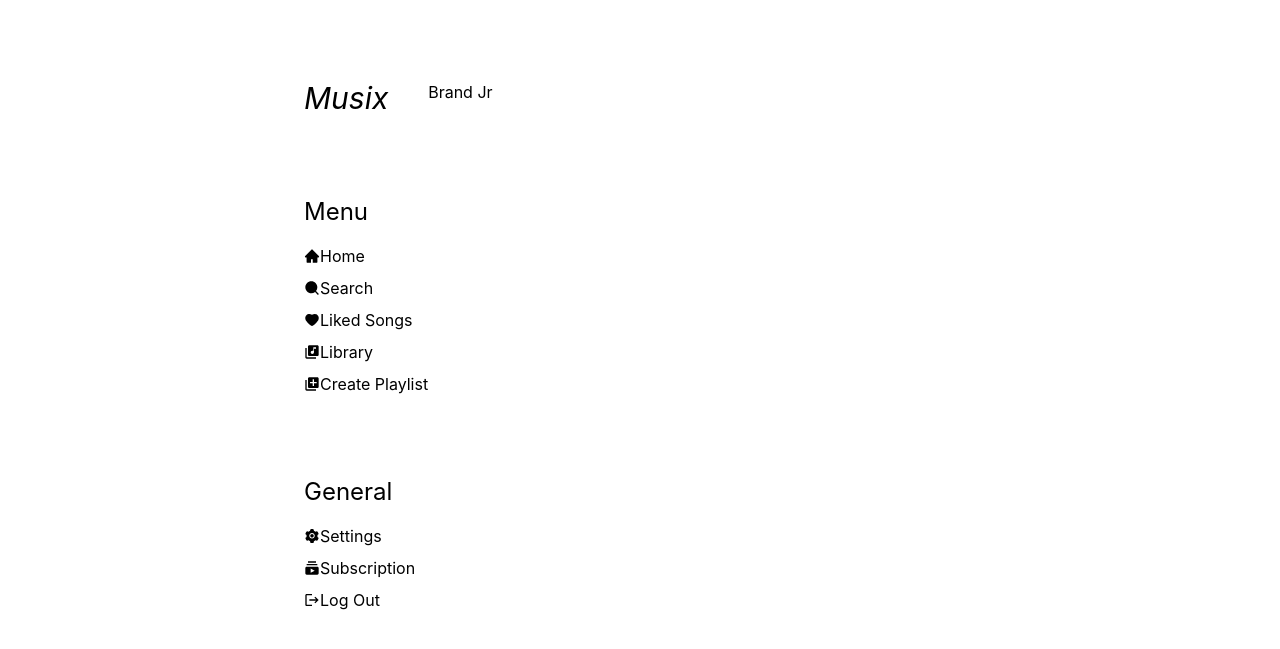
Repository: brandford7/music-player
Page: /
An editor plug-in stored every save of this project. The page is shown before and after the next save, followed by the edit.
The browser window is 1280 px wide. The pictures show the whole page.
The project was rebuilt for these pictures with package versions that can differ from the ones it lists, and the page was loaded fresh each time. The framework's server and built-in components were replaced by stand-ins that run in the browser. Also part of the build but not shown: next.config.js.

Above is the page before, as saved 2022-11-18 11:49:09.

After the next save:
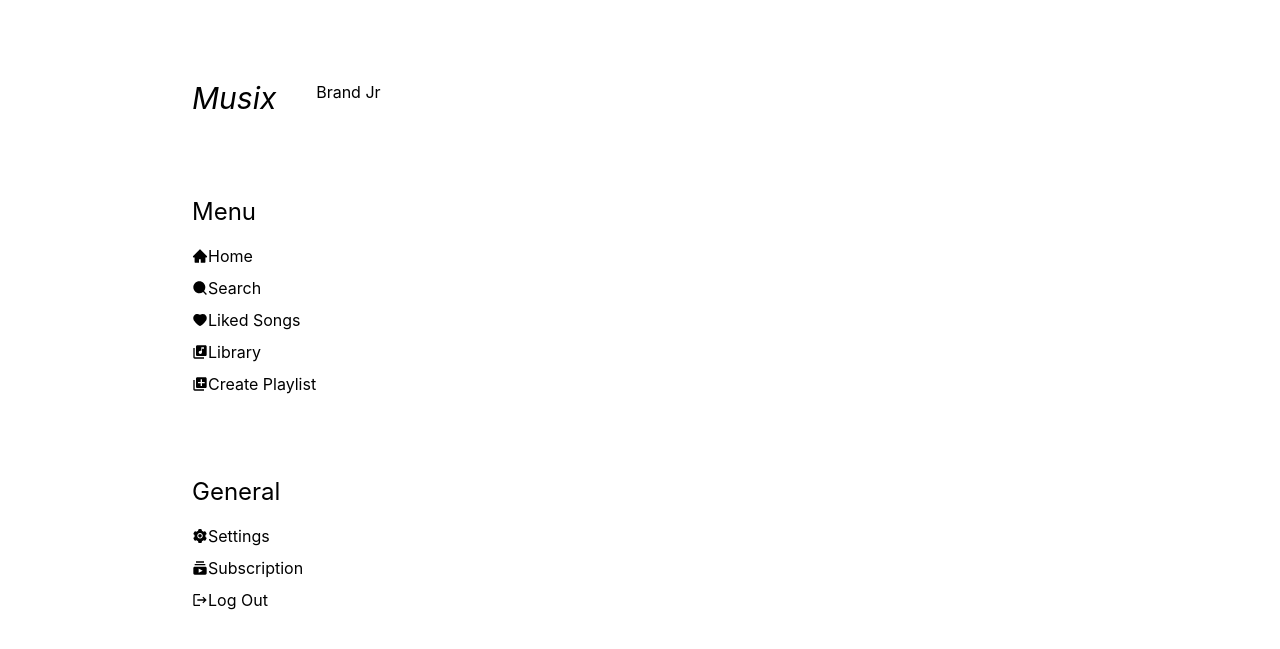
Saved 16 s later.
--- a/pages/index.js
+++ b/pages/index.js
@@ -4,7 +4,7 @@ import { Sidebar, UserAvatar } from "../components";
 
 export default function Home() {
   return (
-    <div className="flex  mx-auto max-w-2xl my-20">
+    <div className="flex  mx-auto max-w-4xl my-20">
       <Head>
         <title>Music Player</title>
         <meta name="description" content="Generated by create next app" />
